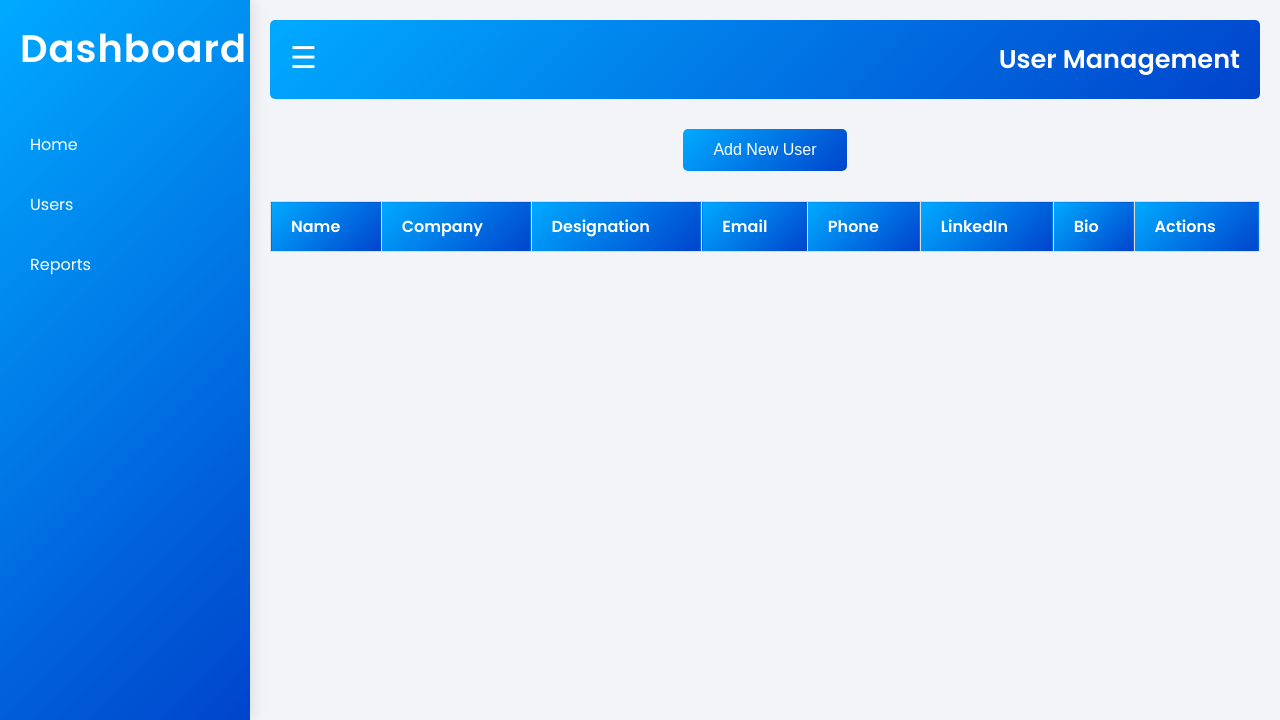
Repository: anazhtz/index
Page: index.html
The author's editor kept a copy of each file at every save. The page is drawn from the files as they stood at one save, then again after the next save.
The browser window is 1280 px wide. The pictures show the whole page.

Above is the page before, as saved 2024-11-14 15:23:27.

After the next save:
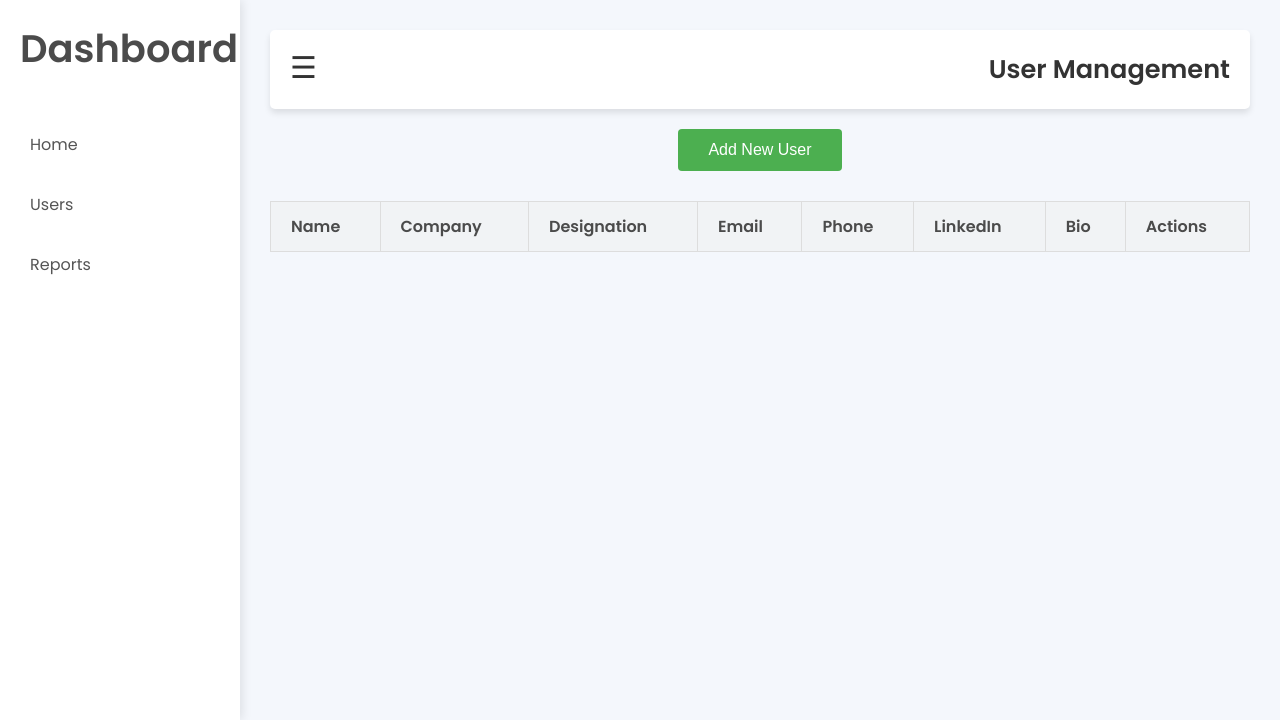
Saved 4 min 27 s later.
--- a/styles.css
+++ b/styles.css
@@ -10,15 +10,15 @@ body {
     font-family: 'Poppins', sans-serif;
     display: flex;
     height: 100vh;
-    background-color: #f3f4f8;
+    background-color: #f4f7fc;
     color: #333;
 }
 
 /* Sidebar Styling */
 .sidebar {
-    width: 250px;
-    background: linear-gradient(135deg, #00aaff, #0044cc);
-    color: white;
+    width: 240px;
+    background-color: #ffffff;
+    color: #333;
     padding: 20px;
     position: fixed;
     top: 0;
@@ -26,15 +26,15 @@ body {
     left: 0;
     display: flex;
     flex-direction: column;
-    box-shadow: 2px 0 15px rgba(0, 0, 0, 0.1);
+    box-shadow: 2px 0 10px rgba(0, 0, 0, 0.1);
 }
 
 .sidebar-header {
     font-size: 1.6rem;
-    font-weight: bold;
+    font-weight: 600;
     margin-bottom: 30px;
     text-align: center;
-    letter-spacing: 1px;
+    color: #4b4b4b;
 }
 
 .sidebar-links {
@@ -46,25 +46,25 @@ body {
 }
 
 .sidebar-links li a {
-    color: white;
+    color: #555;
     text-decoration: none;
     font-size: 1rem;
     display: block;
     padding: 10px;
-    border-radius: 5px;
-    transition: background-color 0.3s ease, padding-left 0.2s ease;
+    border-radius: 4px;
+    transition: all 0.3s;
 }
 
 .sidebar-links li a:hover {
-    background-color: #0056b3;
-    padding-left: 20px;
+    background-color: #e2e6ea;
+    padding-left: 15px;
 }
 
 /* Main Content Area */
 .main-content {
-    margin-left: 250px;
-    width: 100%;
-    padding: 20px;
+    margin-left: 240px;
+    width: 100%;
+    padding: 30px;
     height: 100%;
     transition: margin-left 0.3s ease;
 }
@@ -73,18 +73,19 @@ body {
 .top-bar {
     display: flex;
     justify-content: space-between;
-    background: linear-gradient(135deg, #00aaff, #0044cc);
-    color: white;
+    background-color: #ffffff;
+    color: #333;
     padding: 20px;
     border-radius: 5px;
-    margin-bottom: 30px;
+    margin-bottom: 20px;
+    box-shadow: 0px 4px 6px rgba(0, 0, 0, 0.1);
 }
 
 .top-bar-left .menu-toggle {
     font-size: 30px;
     background: none;
     border: none;
-    color: white;
+    color: #333;
     cursor: pointer;
 }
 
@@ -100,20 +101,21 @@ body {
 }
 
 .actions .btn {
-    background: linear-gradient(135deg, #00aaff, #0044cc);
+    background-color: #4caf50;
     border: none;
     color: white;
     padding: 12px 30px;
-    border-radius: 5px;
+    border-radius: 4px;
     font-size: 1rem;
     cursor: pointer;
-    transition: background 0.3s ease;
+    transition: background-color 0.3s ease;
 }
 
 .actions .btn:hover {
-    background: linear-gradient(135deg, #0056b3, #003366);
-}
-
+    background-color: #45a049;
+}
+
+/* Table Styling */
 .table-container {
     overflow-x: auto;
     margin-top: 20px;
@@ -122,28 +124,27 @@ body {
 table {
     width: 100%;
     border-collapse: collapse;
-    margin-bottom: 20px;
 }
 
 table th, table td {
     padding: 12px 20px;
     text-align: left;
     border: 1px solid #ddd;
-    transition: background-color 0.2s ease;
 }
 
 table th {
-    background: linear-gradient(135deg, #00aaff, #0044cc);
-    color: white;
+    background-color: #f1f3f5;
+    color: #4b4b4b;
     font-weight: 600;
 }
 
 table td {
-    background-color: #f9f9f9;
+    background-color: #ffffff;
+    color: #333;
 }
 
 table tr:hover td {
-    background-color: #e7f3fe;
+    background-color: #f1f3f5;
 }
 
 table td a {
@@ -167,15 +168,14 @@ table td a:hover {
     justify-content: center;
     align-items: center;
     z-index: 1000;
-    transition: all 0.3s ease;
 }
 
 .modal-content {
     background-color: #fff;
     padding: 40px;
     width: 500px;
-    border-radius: 10px;
-    box-shadow: 0 6px 30px rgba(0, 0, 0, 0.1);
+    border-radius: 8px;
+    box-shadow: 0 6px 20px rgba(0, 0, 0, 0.1);
 }
 
 .close-btn {
@@ -193,13 +193,8 @@ input[type="text"], input[type="email"], textarea {
     padding: 12px;
     margin-bottom: 20px;
     border: 1px solid #ddd;
-    border-radius: 5px;
+    border-radius: 4px;
     font-size: 1rem;
-    transition: border-color 0.3s ease;
-}
-
-input[type="text"]:focus, input[type="email"]:focus, textarea:focus {
-    border-color: #00aaff;
 }
 
 textarea {
@@ -224,8 +219,3 @@ textarea {
         font-size: 14px;
     }
 }
-
-/* Sidebar Toggle Animation */
-.sidebar.show {
-    left: -250px;
-}
